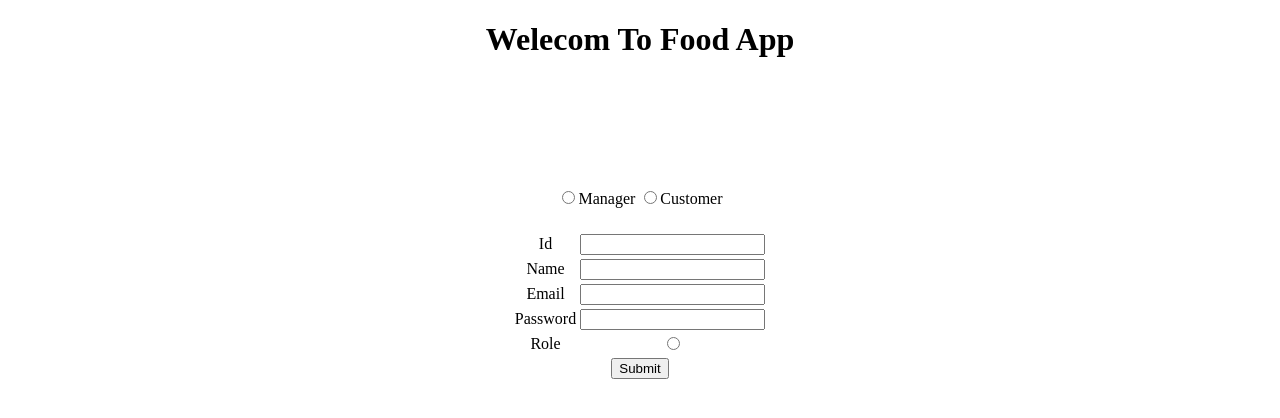
Repository: Jeevith-U/Advance-Java
Page: http://localhost/Food_App/SignUp.jsp
The author's editor kept a copy of each file at every save. The page is drawn from the files as they stood at one save, then again after the next save.
The browser window is 1280 px wide. The pictures show the whole page.
The page is served by Tomcat 9.

Above is the page before, as saved 2023-08-22 09:35:07.

After the next save:
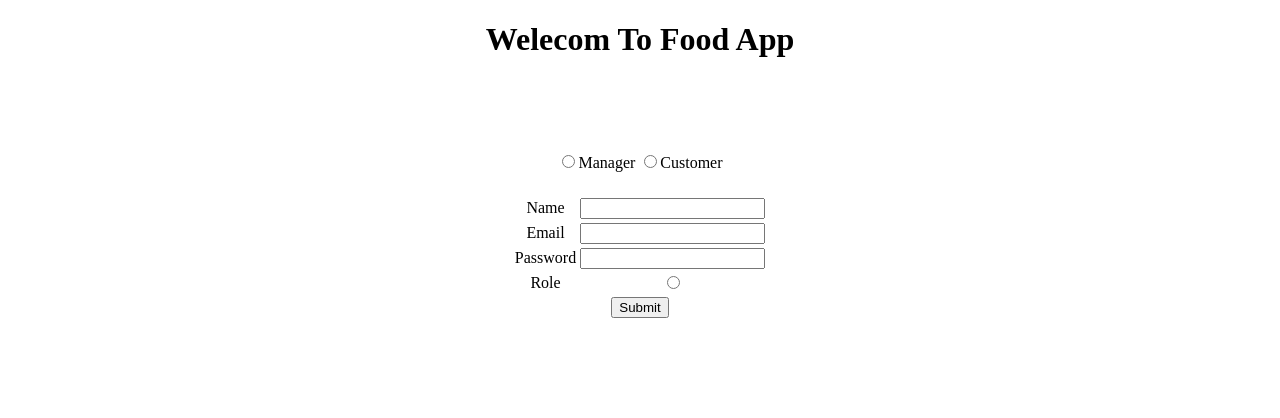
Saved 96 s later.
--- a/Projects/Food_App/src/main/webapp/SignUp.jsp
+++ b/Projects/Food_App/src/main/webapp/SignUp.jsp
@@ -39,12 +39,12 @@
 
             <table>
                 <div class="data">
-                <tr>
+               <!--  <tr>
                     <td><label for="id">Id</label></td>
                     <td><input type="text" id="id" name="id"></td>
                 </tr>
                 <br>
-                <br>
+                <br> -->
                 <tr>
                     <td><label for="name">Name</label></td>
                     <td><input type="text" id="name" name="name"></td>
